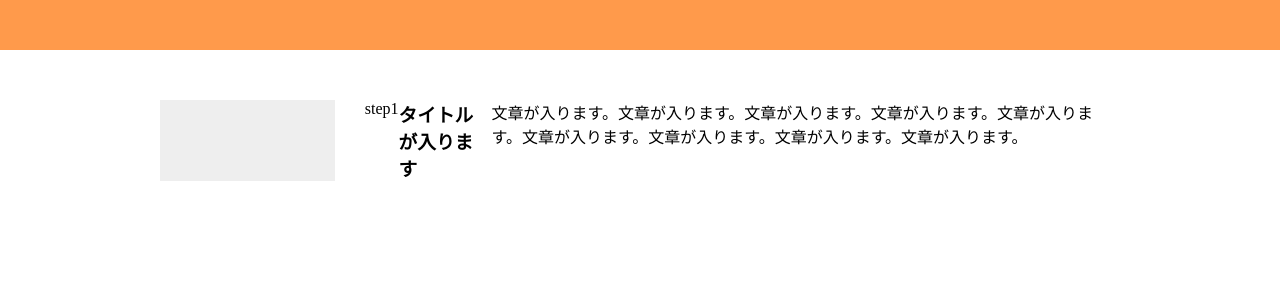
Repository: takuto27/ouyou
Page: chapter9-2_exercise/ensyu9-2.html
The author's editor kept a record of every edit. The page is drawn from the files as they stood at one moment, then again after the next edit.
The browser window is 1280 px wide. The pictures show the whole page.

Above is the page before.

### chapter9-2_exercise/ensyu9-2.html
<!DOCTYPE html>
<html lang="ja">
  <head>
    <meta charset="UTF-8" />
    <link rel=stylesheet href="ensyu9-2.css" />
    <title>演習９－２</title>
  </head>

  <bady>
    <header></header>

    <main>
      <div class="box"></div>
        <div class="image1"></div>
        <span class="category">step1</span>
        <h3 class="title">タイトルが入ります</h3>
        <p class="text">文章が入ります。文章が入ります。文章が入ります。文章が入ります。文章が入ります。文章が入ります。文章が入ります。文章が入ります。文章が入ります。</p>

### chapter9-2_exercise/ensyu9-2.css
* {
  margin: 0;
  padding: 0;
  box-sizing: border-box;
}
header {
  width: 100%;
  height: 50px;
  background-color: #FF9A4B;
}
main {
  width: 960px;
  display: flex;
  justify-content: center;
  margin: 0 auto;
  padding: 50px 0;
}
.box {
  width: 300px;
  margin-right: 30px;
  padding: 10px;
   position: relative;
  background-color: #eeeeee;
}
.step-img1 {
  height: 150px;
  background-image: url(img/flow01.png);
  background-position: bottom;
  background-size: cover;
}

After the next edit:
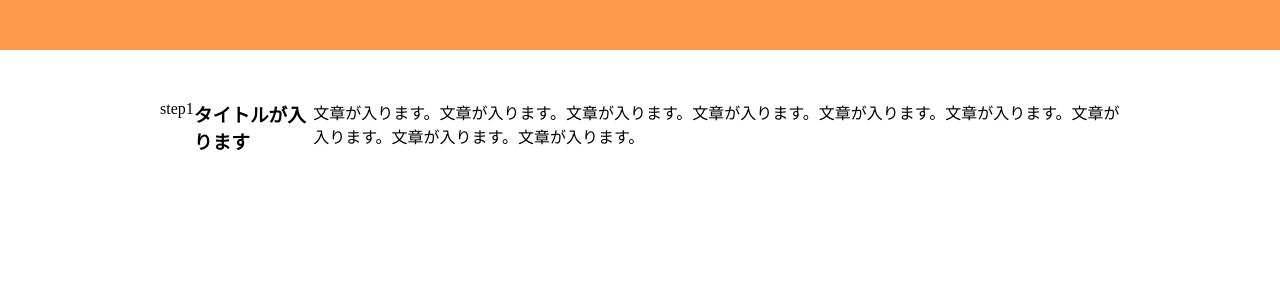
The edit:
--- a/chapter9-2_exercise/ensyu9-2.html
+++ b/chapter9-2_exercise/ensyu9-2.html
@@ -10,8 +10,8 @@
     <header></header>
 
     <main>
-      <div class="box"></div>
-        <div class="image1"></div>
-        <span class="category">step1</span>
+      <div class="step.box"></div>
+        <div class="step-image1"></div>
+        <span class="step-nem">step1</span>
         <h3 class="title">タイトルが入ります</h3>
         <p class="text">文章が入ります。文章が入ります。文章が入ります。文章が入ります。文章が入ります。文章が入ります。文章が入ります。文章が入ります。文章が入ります。</p>
